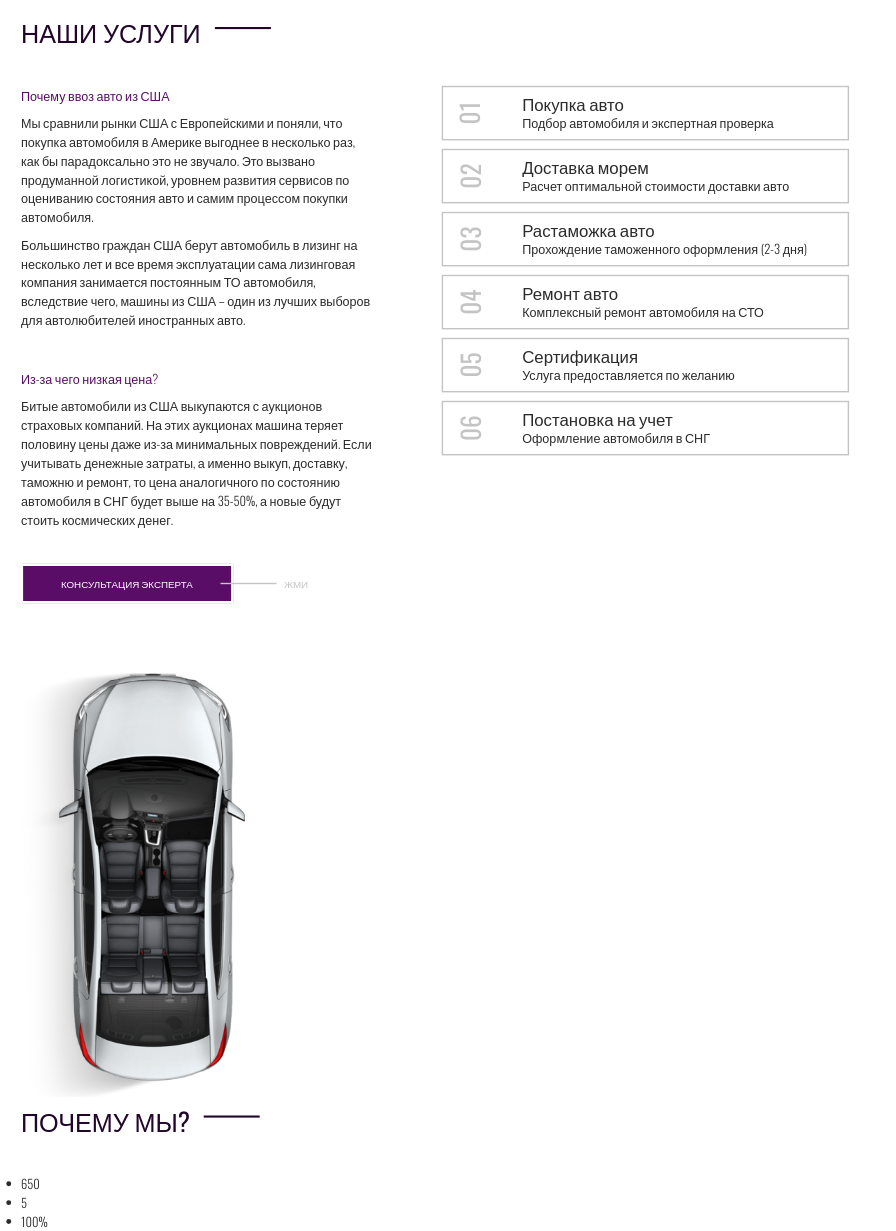
Repository: AlexandrLewandowski/site-1
Page: start/index.html
The author's editor kept a copy of each file at every save. The page is drawn from the files as they stood at one save, then again after the next save.
The browser window is 1280 px wide. The pictures show the part of the page from y = 1032 to 2952 px (the page is 2790 px tall before and 2952 px after), at 70% of full size.

Above is the page before, as saved 2024-05-01 17:42:33.

After the next save:
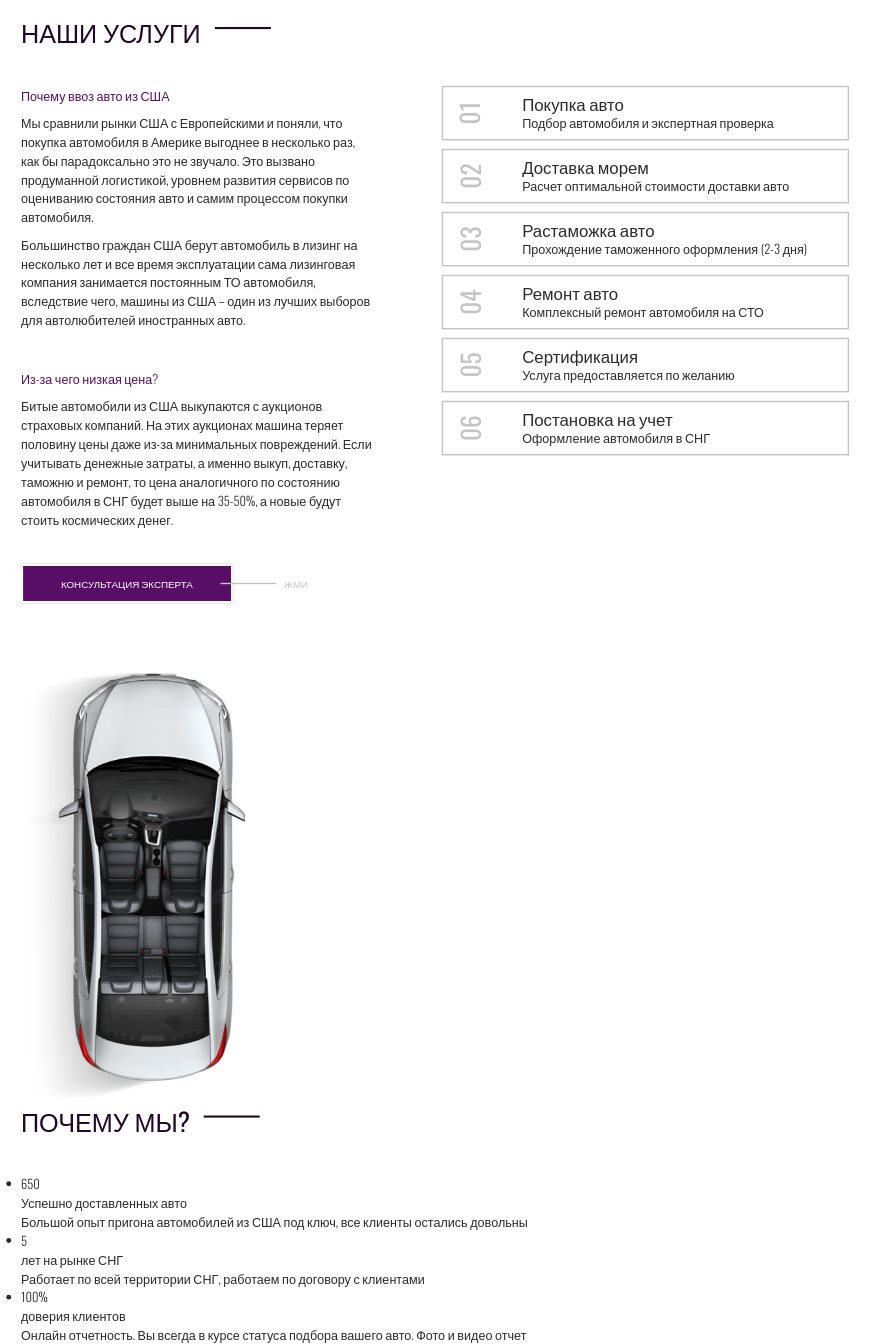
Saved 2 min 56 s later.
--- a/start/index.html
+++ b/start/index.html
@@ -133,22 +133,25 @@
                             <p class="benefits__item-num">
                                 650
                             </p>
-                            <p class="benefits__item-title"></p>
-                            <p class="benefits__item-text"></p>
+                            <p class="benefits__item-title">Успешно доставленных авто</p>
+                            <p class="benefits__item-text">Большой опыт пригона автомобилей из США под ключ, все клиенты
+                                остались довольны</p>
                         </li>
                         <li class="benefits__list-item">
                             <p class="benefits__item-num">
                                 5
                             </p>
-                            <p class="benefits__item-title"></p>
-                            <p class="benefits__item-text"></p>
+                            <p class="benefits__item-title">лет на рынке СНГ</p>
+                            <p class="benefits__item-text">Работает по всей территории СНГ, работаем по договору с
+                                клиентами</p>
                         </li>
                         <li class="benefits__list-item">
                             <p class="benefits__item-num">
                                 100%
                             </p>
-                            <p class="benefits__item-title"></p>
-                            <p class="benefits__item-text"></p>
+                            <p class="benefits__item-title">доверия клиентов</p>
+                            <p class="benefits__item-text">Онлайн отчетность. Вы всегда в курсе статуса подбора вашего
+                                авто. Фото и видео отчет</p>
                         </li>
                     </ul>
                 </div>
